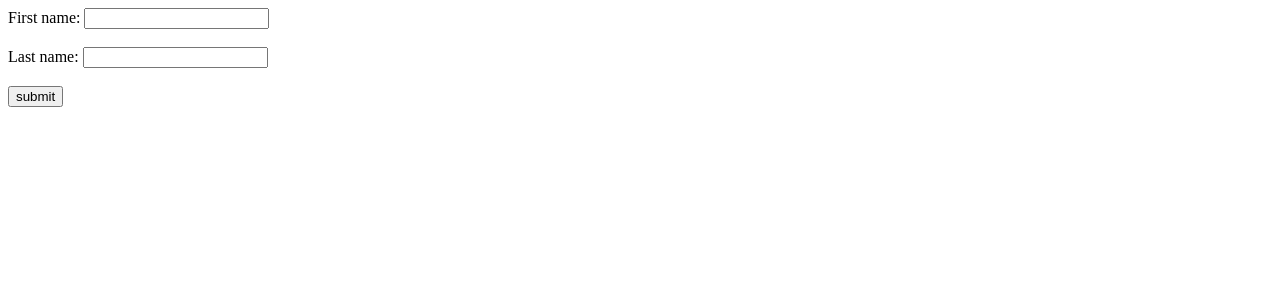
Repository: sumankumar1pe/Test111
Page: LoginPageDemo/WebContent/registration_page.html
The author's editor kept a copy of each file at every save. The page is drawn from the files as they stood at one save, then again after the next save.
The browser window is 1280 px wide. The pictures show the whole page.

Above is the page before, as saved 2016-12-19 04:55:36.

After the next save:
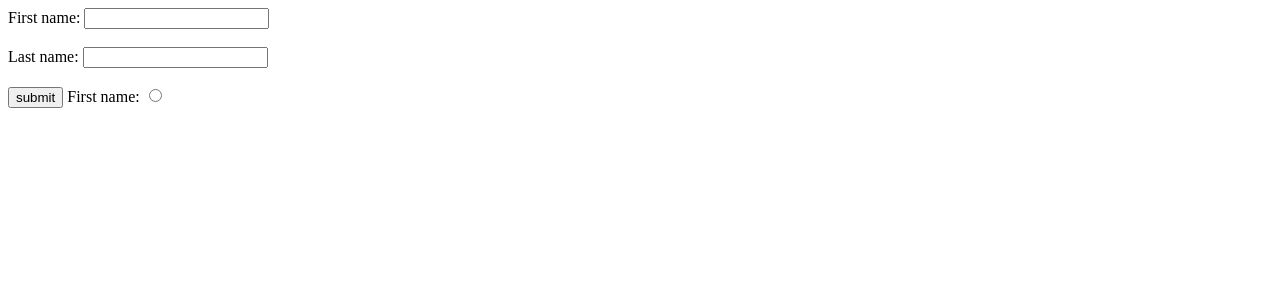
Saved 2 min 52 s later.
--- a/LoginPageDemo/WebContent/registration_page.html
+++ b/LoginPageDemo/WebContent/registration_page.html
@@ -16,6 +16,15 @@
 	<input type="text" name="Lname" id="l">
 	<br/><br/>
 	<input type="button" value="submit">
+
+
+
+	<lable for="r">First name:</lable>
+	<input type="radio" name="Fname" id="r"">
+
+
+
+
 	</form>
 </body>
 </html>
